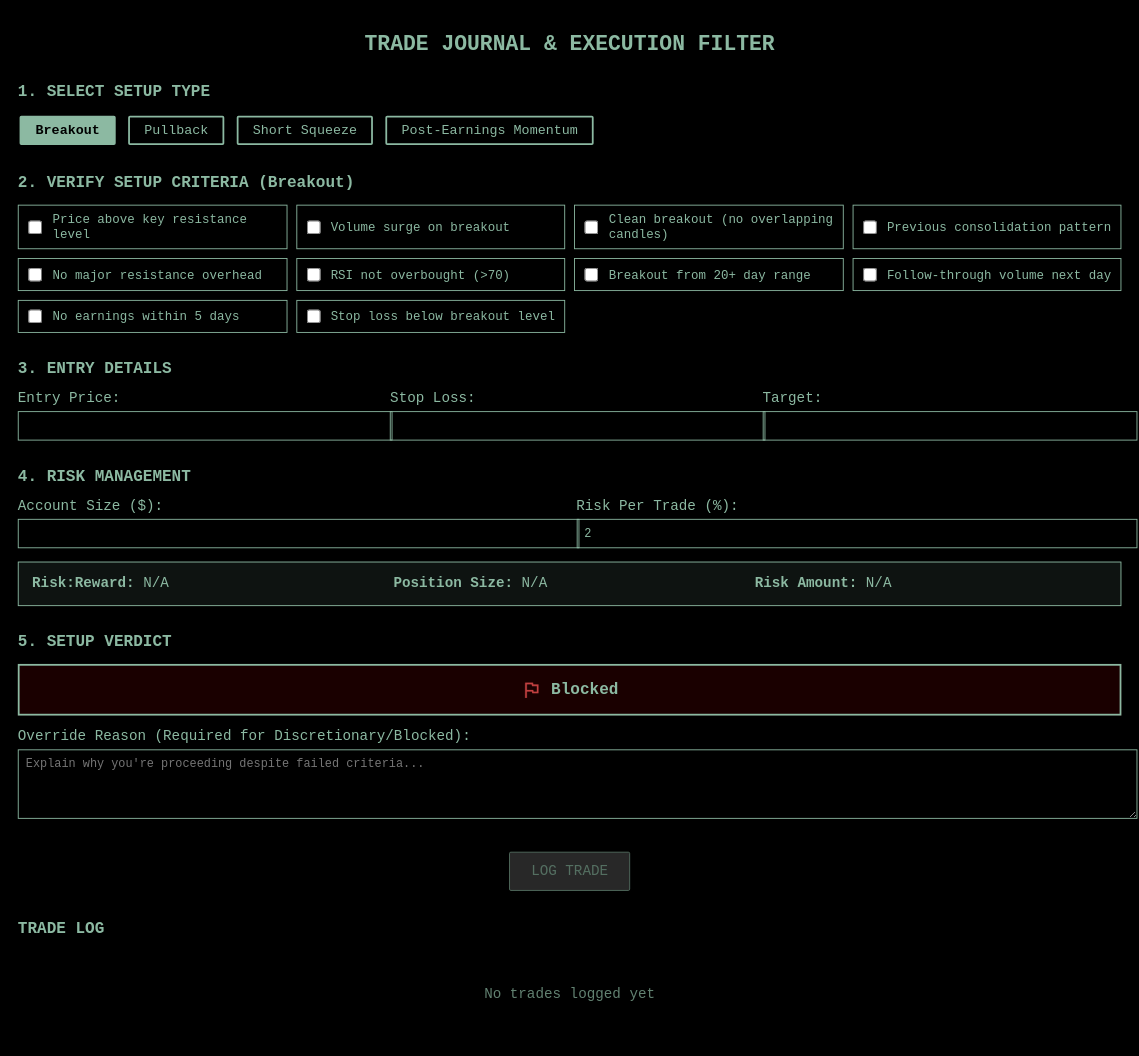
Repository: 11612x/burnlistv1.1
Page: /journal, after clicking the first element matching `button`
These files come from the project's save history. The page is drawn as it stood at one moment and after the next save; the edit follows.
The browser window is 1280 px wide. The pictures show the whole page, at 89% of full size.
The project was rebuilt for these pictures with package versions that can differ from the ones it lists, and the page was loaded fresh each time. Also part of the build but not shown: vite.config.js, src/components/CustomTooltip.jsx, src/logic/portfolioUtils.js, src/components/WatchlistChart.jsx, src/data/randomNames.js, src/data/mockTickerGenerator.js, src/components/NotificationBanner.jsx, src/pages/HomePage.jsx and 18 more.

Above is the page before, as saved 2025-07-17 01:06:17.

After the next save:
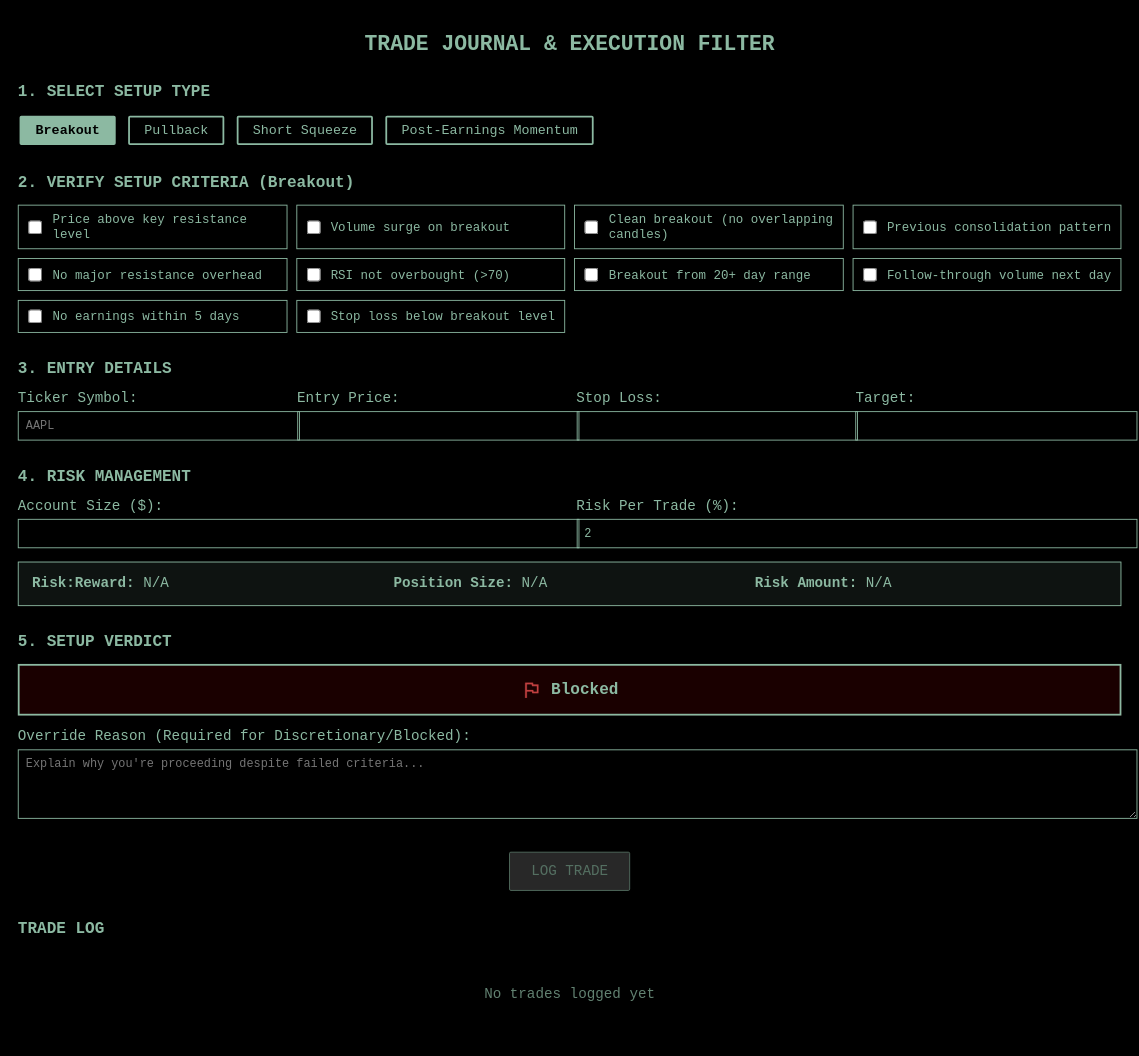
Saved 25 s later.
--- a/src/pages/TradeJournal.jsx
+++ b/src/pages/TradeJournal.jsx
@@ -311,6 +311,24 @@ const TradeJournal = () => {
             gridTemplateColumns: 'repeat(auto-fit, minmax(200px, 1fr))',
             gap: '15px'
           }}>
+            <div>
+              <label style={{ display: 'block', marginBottom: '5px' }}>Ticker Symbol:</label>
+              <input
+                type="text"
+                value={ticker}
+                onChange={(e) => setTicker(e.target.value.toUpperCase())}
+                placeholder="AAPL"
+                style={{
+                  width: '100%',
+                  padding: '8px',
+                  background: 'transparent',
+                  border: `1px solid ${CRT_GREEN}`,
+                  color: CRT_GREEN,
+                  fontFamily: 'Courier New',
+                  textTransform: 'uppercase'
+                }}
+              />
+            </div>
             <div>
               <label style={{ display: 'block', marginBottom: '5px' }}>Entry Price:</label>
               <input
